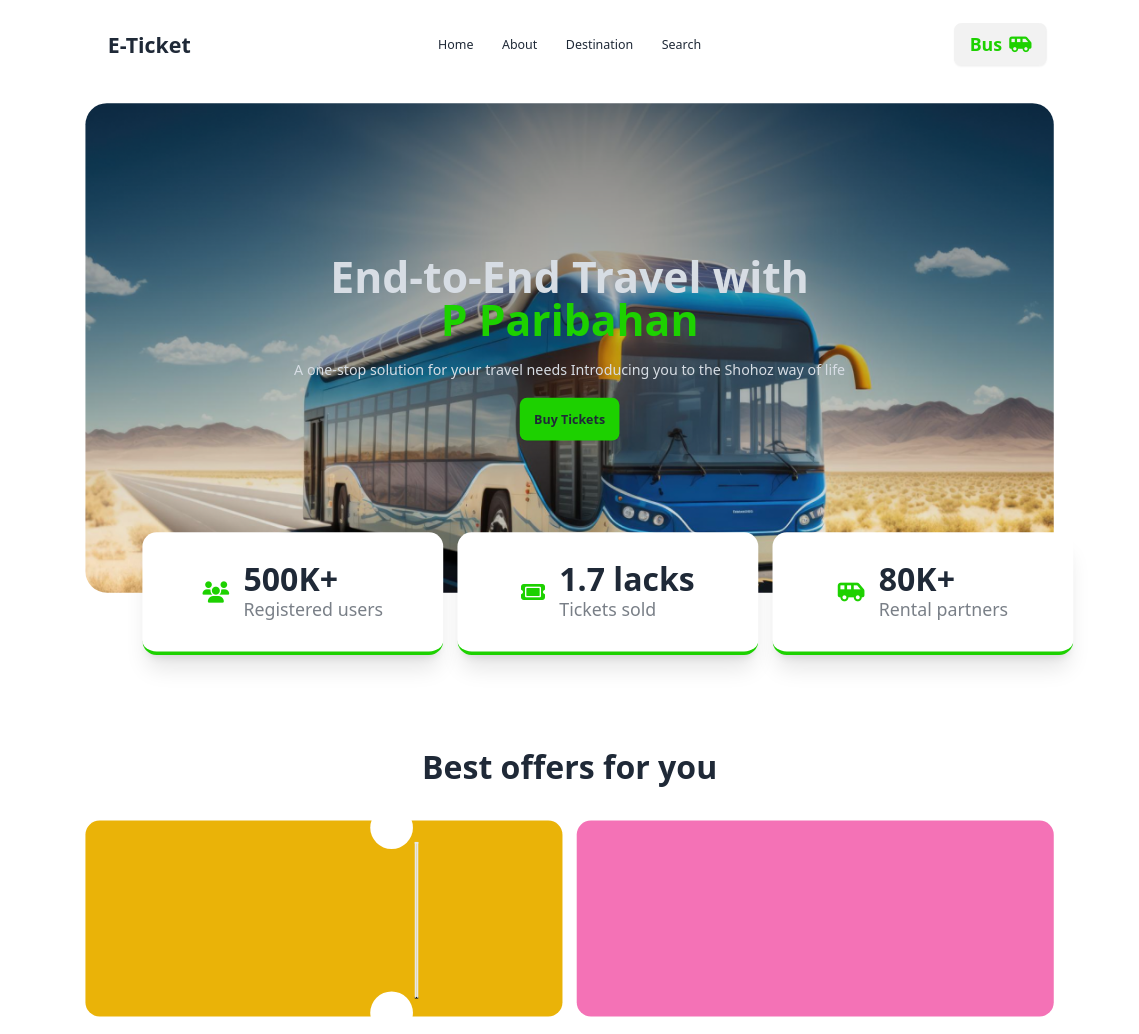
Repository: RudrasahaDibos/Smart-ticketing
Page: index.html
An editor plug-in stored every save of this project. The page is shown before and after a run of saves, followed by the edit.
The browser window is 1280 px wide. The pictures show the whole page, at 89% of full size.
Some web fonts or font styles are not loaded; a fallback is used. Some web libraries are served in a nearby version.

Above is the page before, as saved 2024-11-10 01:28:49.

### index.html
<!DOCTYPE html>
<html lang="en">
<head>
    <meta charset="UTF-8">
    <meta name="viewport" content="width=device-width, initial-scale=1.0">
    <title>Smart-ticketing</title>
    <!-- tailwind link -->
<link href="https://cdn.jsdelivr.net/npm/daisyui@4.12.14/dist/full.min.css" rel="stylesheet" type="text/css" />
<script src="https://cdn.tailwindcss.com"></script>
<!-- font awesome link -->
<link rel="stylesheet" href="https://cdnjs.cloudflare.com/ajax/libs/font-awesome/6.6.0/css/all.min.css" integrity="sha512-Kc323vGBEqzTmouAECnVceyQqyqdsSiqLQISBL29aUW4U/M7pSPA/gEUZQqv1cwx4OnYxTxve5UMg5GT6L4JJg==" crossorigin="anonymous" referrerpolicy="no-referrer" />

<!-- google fonts  -->
<link rel="preconnect" href="https://fonts.googleapis.com">
<link rel="preconnect" href="https://fonts.gstatic.com" crossorigin>
<link href="https://fonts.googleapis.com/css2?family=Anton+SC&family=Manrope:wght@200..800&family=Raleway:ital,wght@0,100..900;1,100..900&display=swap" rel="stylesheet">

<style>
.raleway{
  font-family: "Raleway", sans-serif;
}
</style>



</head>
<body>
    <!-- header ends here -->
    <header  class="container mx-auto lg:pl-24 lg:pr-24 lg:pt-4 w-[1400px]">
               <div>
                <!-- navbar starts here -->
                <div class="navbar bg-base-100">
                    <div class="navbar-start">
                      <div class="dropdown">
                        <div tabindex="0" role="button" class="btn btn-ghost lg:hidden">
                          <svg
                            xmlns="http://www.w3.org/2000/svg"
                            class="h-5 w-5"
                            fill="none"
                            viewBox="0 0 24 24"
                            stroke="currentColor">
                            <path
                              stroke-linecap="round"
                              stroke-linejoin="round"
                              stroke-width="2"
                              d="M4 6h16M4 12h8m-8 6h16" />
                          </svg>
                        </div>
                        <ul
                          tabindex="0"
                          class="menu menu-sm dropdown-content bg-base-100 rounded-box z-[1] mt-3 w-52 p-2 shadow">
                          <li><a>Home</a></li>
                          <li><a>About</a></li>
                          <li><a>Destination</a></li>
                          <li><a>Search</a></li>
                        </ul>
                      </div>
                      <a class="btn btn-ghost text-2xl font-extrabold">E-Ticket</a>
                    </div>
                    <div class="navbar-center hidden lg:flex">
                      <ul class="menu menu-horizontal px-1">
                        <li><a>Home</a></li>
                        <li><a>About</a></li>
                        <li><a>Destination</a></li>
                        <li><a>Search</a></li>
                      </ul>
                    </div>
                    <div class="navbar-end">
                      <a class="btn text-[#1DD100]  border-1  text-xl">Bus <i class="fa-solid fa-van-shuttle"></i></a>
                    </div>
                  </div>
               </div>

              <!-- banner start here -->

              <div
              class="hero h-[550px] mt-8 bg-[url('/images/banner.png')] rounded-3xl relative">

              <div class="hero-content text-neutral-content text-center">
                <div class="">
                  <h1 class="mb-5 text-5xl font-extrabold">End-to-End Travel with <br> <span class="text-5xl text-[#1DD100]  font-extrabold">P Paribahan</span></h1>
                  <p class="mb-5">
                    A one-stop solution for your travel needs

                    Introducing you to the Shohoz way of life
                  </p>
                  <button class="btn bg-[#1DD100] border-none">Buy Tickets</button>
                </div>
              </div>
            </div>



                 <!-- banner end here -->

                <!-- 3 card start here  -->

                        <div class=" flex justify-between items-center gap-4 pl-16 pr-16 absolute -bottom-4   ">
                            <div class="stat flex bg-white justify-center items-center shadow-xl  border-b-4 border-b-[#1DD100]  rounded-2xl w-[338px] h-[138px]">
                                <div class="text-[#1DD100] text-2xl font-extrabold ">
                                    <i class="fa-solid fa-users"></i>
                                  </div>

                             <div>
                                <div class="stat-value">500K+</div>
                                <div class="stat-desc text-xl ">Registered users</div>
                             </div>


                            </div>

                            <div class="stat flex bg-white justify-center items-center  border-b-4 border-b-[#1DD100] shadow-xl  rounded-2xl w-[338px] h-[138px]">
                                <div class="text-[#1DD100] text-2xl font-extrabold ">
                                    <i class="fa-solid fa-ticket  "></i>

                                  </div>

                             <div>
                                <div class="stat-value">1.7 lacks</div>
                                <div class="stat-desc text-xl ">Tickets sold</div>
                             </div>


                            </div>

                            <div class="stat flex bg-white justify-center items-center  border-b-4 border-b-[#1DD100] shadow-xl  rounded-2xl w-[338px] h-[138px]">
                                <div class="text-[#1DD100] text-2xl font-extrabold ">
                                    <i class="fa-solid fa-van-shuttle"></i>

                                  </div>

                             <div>
                                <div class="stat-value">80K+</div>
                                <div class="stat-desc text-xl ">Rental partners</div>
                             </div>


                            </div>
                          </div>




                  <!-- 3 card ends here -->

               <!-- navbar Ends here -->
    </header>
    <!-- header ends here -->


     <!-- main start here -->
    <main class="container mx-auto lg:pl-24 lg:pr-24 lg:pt-4 w-[1400px]" >
                  <!-- Best offers for you start here -->
                     <section class="mt-40">
                               <h1 class="text-4xl font-semibold text-center">Best offers for you</h1>

                                <div class="flex gap-4 mt-10">
                                    <div class="bg-yellow-500  w-[573px] h-[220px]  rounded-2xl">
                                               <p class="bg-white w-[48px] h-[48px] absolute mx-auto rounded-full ml-80 -mt-4  "></p>




                                               <p class="bg-white w-[48px] h-[48px] absolute mx-auto rounded-full ml-80 mt-48  "></p>
                                               <p class="border-2 relative w-0 h-44 top-6 ml-[370px]  border-b-gray-950"></p>
                                    </div>
                                    <div class="bg-pink-400   w-[573px] h-[220px] rounded-2xl">

                                    </div>
                                </div>
                     </section>

                  <!-- Best offers for you ends here -->
    </main>
    <!-- main ends here -->



    <!-- js add -->
     <script src="index.js"></script>
</body>
</html>

Loaded but not shown: index.js (common file)

After the next 2 saves:
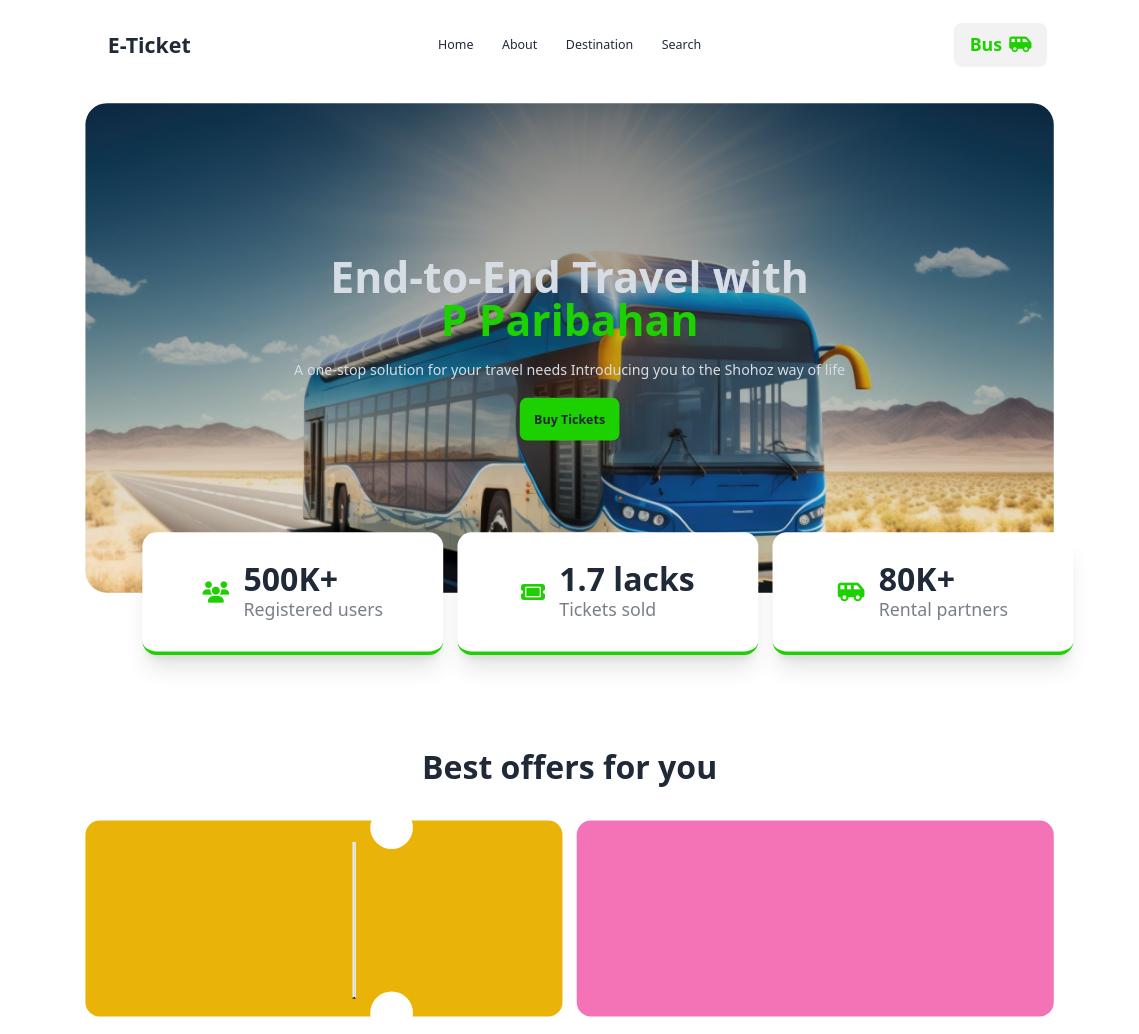
The 2 saves are shown as one change because they came seconds apart.
The last was saved 11 s later.
--- a/index.html
+++ b/index.html
@@ -162,7 +162,7 @@
 
 
                                                <p class="bg-white w-[48px] h-[48px] absolute mx-auto rounded-full ml-80 mt-48  "></p>
-                                               <p class="border-2 relative w-0 h-44 top-6 ml-[370px]  border-b-gray-950"></p>
+                                               <p class="border-2 relative w-0 h-44 top-6 ml-[300px]  border-b-gray-950"></p>
                                     </div>
                                     <div class="bg-pink-400   w-[573px] h-[220px] rounded-2xl">
 
